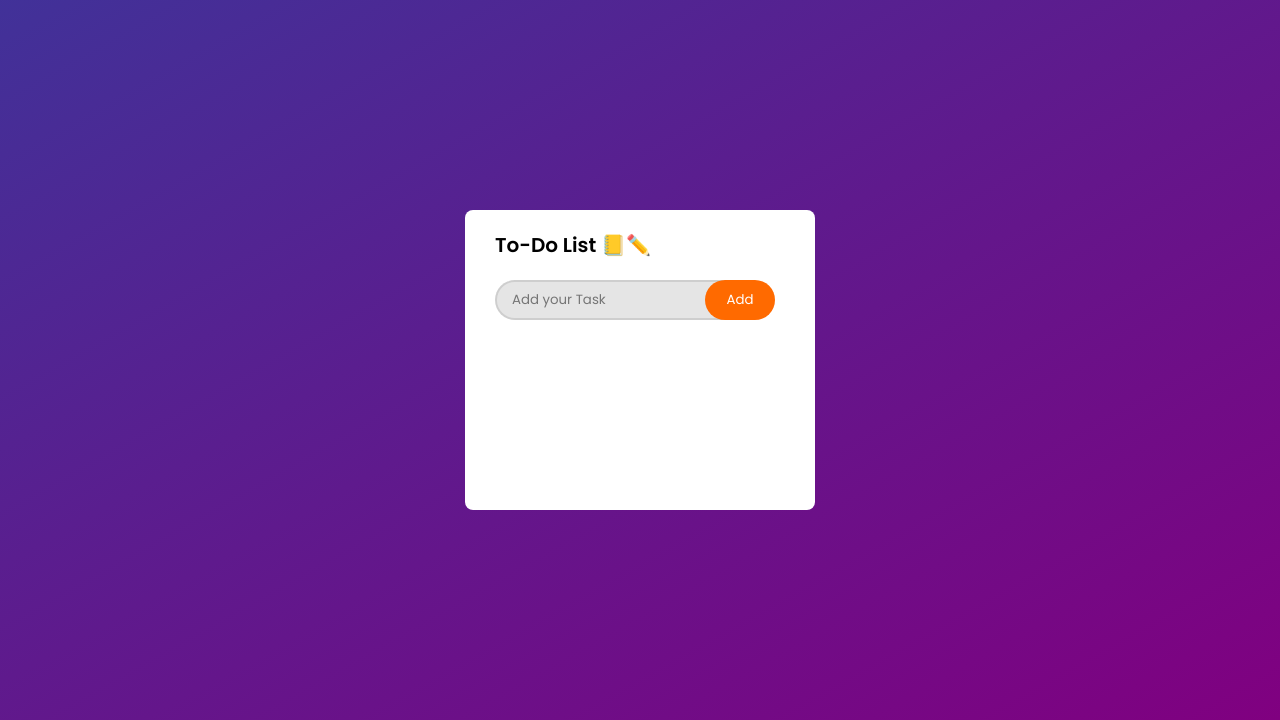
Repository: Ankitkr2021/To-Do-List
Page: index.html
An editor plug-in stored every save of this project. The page is shown before and after the next save, followed by the edit.
The browser window is 1280 px wide. The pictures show the whole page.

Above is the page before, as saved 2025-10-03 12:22:22.

After the next save:
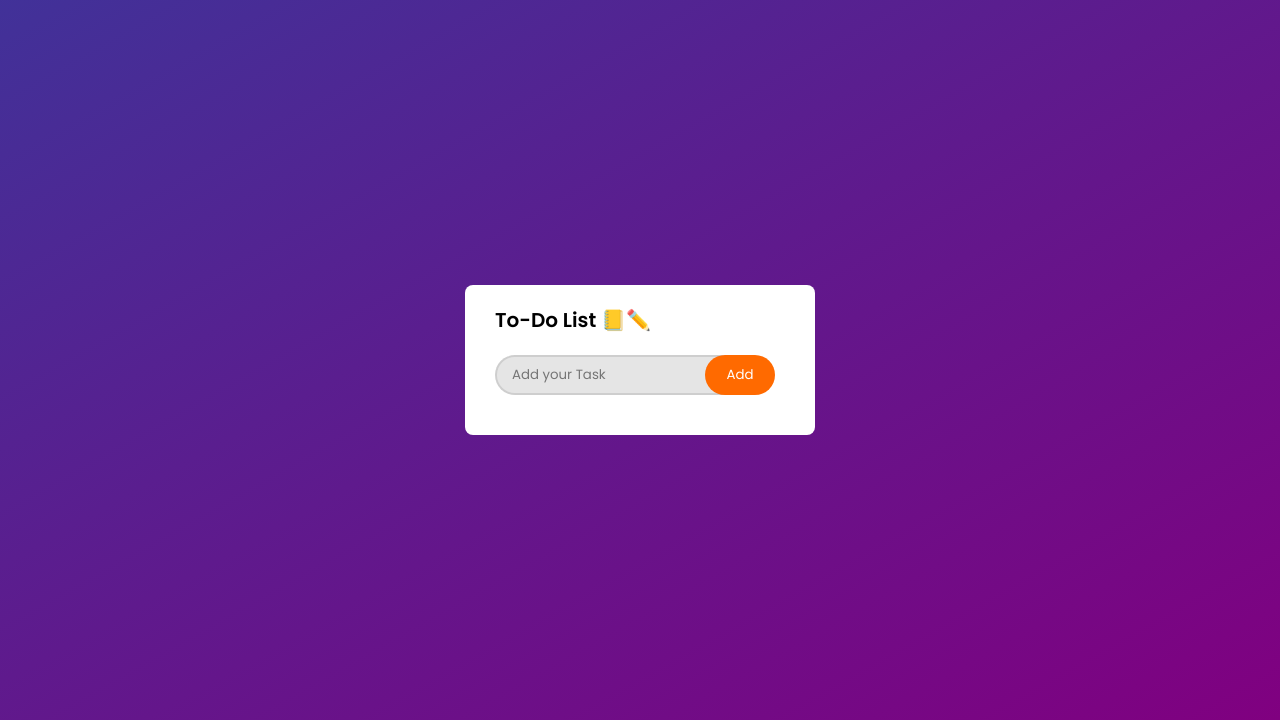
Saved 48 s later.
--- a/style.css
+++ b/style.css
@@ -17,8 +17,8 @@ body{
 
 .box {
     background: #fff;
-    /* height: 150px; */
-    height: 300px;
+    height: 150px;
+    max-height: 400px;
     width: 350px;
     border-radius: 8px;
 }
